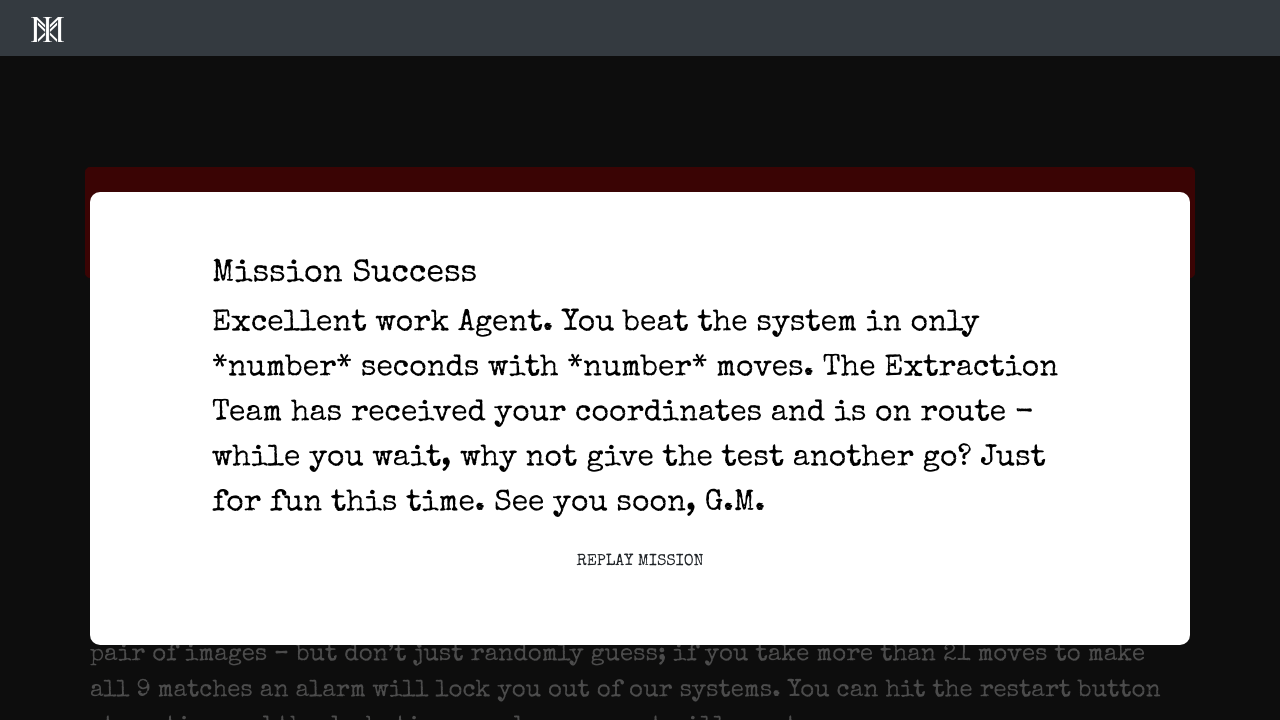
Repository: Code-Institute-Submissions/Milestone-25
Page: index.html
The author's editor kept a record of every edit. The page is drawn from the files as they stood at one moment, then again after the next edit.
The browser window is 1280 px wide. The pictures show the window.
A layer covers the whole window, so only the first screen is drawn. Some web libraries are served in a nearby version.

Above is the page before.
Console error (its wording comes from the project's code and is left out).

### index.html
<!DOCTYPE html>
<html lang="en">

<head>
  <meta charset="UTF-8">
  <meta name="viewport" content="width=device-width, initial-scale=1">
  <meta http-equiv="X-UA-Compatible" content="ie=edge">
  <link rel="stylesheet" href="https://stackpath.bootstrapcdn.com/bootstrap/4.4.1/css/bootstrap.min.css" integrity="sha384-Vkoo8x4CGsO3+Hhxv8T/Q5PaXtkKtu6ug5TOeNV6gBiFeWPGFN9MuhOf23Q9Ifjh" crossorigin="anonymous">
  <script src="https://maxcdn.bootstrapcdn.com/bootstrap/4.4.1/js/bootstrap.min.js"></script>
  <script src="https://use.fontawesome.com/releases/v5.12.0/js/all.js"></script>
  <link rel="stylesheet" href="assets/css/style.css" media="screen">
  <title>Memoryphile Home</title>
</head>

<body>
  <!--Navbar for style purposes only-->
  <nav class="navbar navbar-expand-md navbar-dark bg-dark sticky-top">
    <div class="container-fluid">
      <a class="navbar-brand"><img src="./assets/images/logo.png" class="logo" alt="Memoryphile Logo"></a>
    </div>
  </nav>

  <!--Button to jump to game-->
  <div class="container-fluid padding">
    <div class="row padding">
      <div class="container-sm">
        <a href="./game.html"><button type="button" class="btn btn-secondary btn-lg btn-block">BEGIN MISSION</button></a>
      </div>
    </div>
  </div>

  <!--Instructions paragraph-->
  <div class="container-fluid padding">
    <div class="row padding">
      <div class="col-md">
        <p class="instructions">AGENT, YOU’VE BEEN COMPROMISED.</p>
        <p class="instructions">Remain calm. We've deployed an extraction team to your last known co-ordinates - not ideal, given that you've been on the run the past couple of days – so we’re going to need to work together if you’re going to get out of this alive.</p>
        <p class="instructions"> For the extraction team to find you, we're going to need you correctly match the deck of paired cards that have been left in the safe house. You’ve got 60 seconds to match each pair of images – but don’t just randomly guess; if you take more than
          21 moves to make all 9 matches an alarm will lock you out of our systems. You can hit the restart button at anytime and the deck, timer, and move count will reset.</p>
        <p class="instructions"> Make the matches, and your updated coordinates will be sent across… fail any of these requirements and you’re on your own.</p>
        <p class="instructions"> Good luck Agent,</p>
        <p class="instructions"> G.M.</p>
      </div>
    </div>
  </div>

  <!-- testing game popup -->
  <!-- mission success overlay -->
  <div id="success" class="overlay">
    <div class="box">
      <h2 class="title">Mission Success</h2>
      <p class="instructions">Excellent work Agent. You beat the system in only *number* seconds with *number* moves. The Extraction Team has received your coordinates and is on route - while you wait, why not give the test another go? Just for fun this time. See you soon, G.M.</p>
      <a href="#"><button type="button" class="btn btn-replay btn-block">REPLAY MISSION</button></a>
    </div>
  </div>

  <!-- mission failure overlay -->
  <!--<div id="failure" class="overlay">-->
  <!--  <h2 class="title">Mission Failure</h2>-->
  <!--  <p class="instructions">Agent. AGENT. This is not good. I've managed to get a softlock on your loaction, but can't confirm extraction until I've received your coordinates. Try again.</p>-->
  <!--   <p class="instructions">And Agent? No mistakes this time.</p>-->
  <!--   <div>restart button</div>-->
  <!--</div>-->


</body>


</html>

### assets/css/style.css
@import url('https://fonts.googleapis.com/css?family=Homemade+Apple|Special+Elite&display=swap');

/* ==============  MEDIA QUERIES   ==============*/

/*--------Bootstrap Breakpoints---------*/

/* xs devices (<576px) = default in Bootstrap (hence no media query)

sm devices (>576px) = @media max-width: 576px

md devices (>768px) = @media max-width: 768px

lg devices (>992px) = @media max-width: 992px

xl devices (>1200px) = @media max-width: 1200px
*/

/*--------Media Queries--------*/

/* max-width, not min-width, for mobile-first styling */

@media (max-width: 992px) {}

@media (max-width: 768px) {}

@media (max-width: 576px) {}


/* ==============STYLING==============*/

/*--------HTML, BODY Styling-----*/

html,
body {
    height: 100%;
    width: 100%;
    font-family: 'Special Elite', sans-serif;
    color: #fff;
    background-color: #2c2c2d;
    box-sizing: border-box;
}

/*------------BUTTON STYLING--------*/

.btn-secondary {
    background-color: #c30e0e;
    border-color: #c30e0e;
    margin-top: 10%;
    margin-bottom: 10%;
    font-size: 350%;
    padding-top: 1.5%;

}


/*------------Instructions STYLING--------*/

.instructions {
    font-size: 150%;
    display: inline-block;
    margin-left: 6%;
    margin-right: 6%;
}


/*--------------GAME.html styling---------*/

*,
*::before,
*::after {
    box-sizing: inherit;
}


.gameContainer {
    /* Flexbox */
    flex-direction: column;
    display: flex;
    justify-content: center;
    align-items: center;
}

.logo {
    height: 25px;
}

.nav-link {
    padding-top: 5px;
    color: #fff;
    font-size: 25px;
}

a:hover {
    color: #424242;
    text-decoration: none;
}


/*------------REQUIRMENTS Styling--------*/

.requirements {
    text-align: left;
    margin-top: 35px;
    margin-bottom: 25px;
    width: 950px;
    font-size: 200%;

}

.requirements .timer {
    float: left;
}

.requirements .restart {
    float: right;
}

.requirements .moves {
    float: inherit;
}

.requirements-timer {
    text-align: center;
    margin-top: 35px;
    font-size: 300%;
}


/*------------GAMEDECK Styling ---------*/

.gamedeck {
    min-height: 600px;
    width: 1350px;
    background: #888888;
    border-radius: 15px;
    padding: 30px;
    /* Flexbox */
    display: flex;
    flex-wrap: wrap;
    justify-content: center;
    align-items: center;
}

.gamedeck .card {
    height: 175px;
    width: 175px;
    background: #424242;
    border-radius: 8px;
    box-shadow: 5px 2px 20px 0 rgba(46, 61, 73, 0.5);
    margin: 1%;
    /* shrink font so that when a card is 'flipped', font enlarges */
    font-size: 0;
    color: #ffffff;
    display: flex;
    justify-content: center;
    align-items: center;
    /* add cursor to indicate interactivity to user */
    cursor: pointer;
}

/* for click reveal */

.gamedeck .card.open {
    transform: rotateY(0) !important;
    font-size: 75px;
    background: #421a1a;
    /* fix for webpages */
    -webkit-backface-visibility: visible !important;
    backface-visibility: visible !important;
    /* return cursor to default to inform user card is no longer clickable */
    cursor: default;
}

.gamedeck .card.show {
    font-size: 75px;
    display: inherit!important;
}

.gamedeck .card.close {
    pointer-events: none;
    opacity: 0.9;
}

.gamedeck .card.matched {
    cursor: default;
    background: #523632;
    font-size: 75px;
}

/*--------------------Overlay Styling -------------*/

.title {
    display: inline-block;
    margin-left: 6%;
    margin-right: 6%;
}

.overlay {
    background: rgba(0, 0, 0, 0.7);
    position: fixed;
    top: 0;
    bottom: 0;
    left: 0;
    right: 0;
}

.box {
    font-size:125%;
    color: #000000;
    margin: 7%;
    padding: 5%;
    background: #ffffff;
    border-radius: 10px;
    position: relative;
    margin-top: 15%;
}

After the next edit:
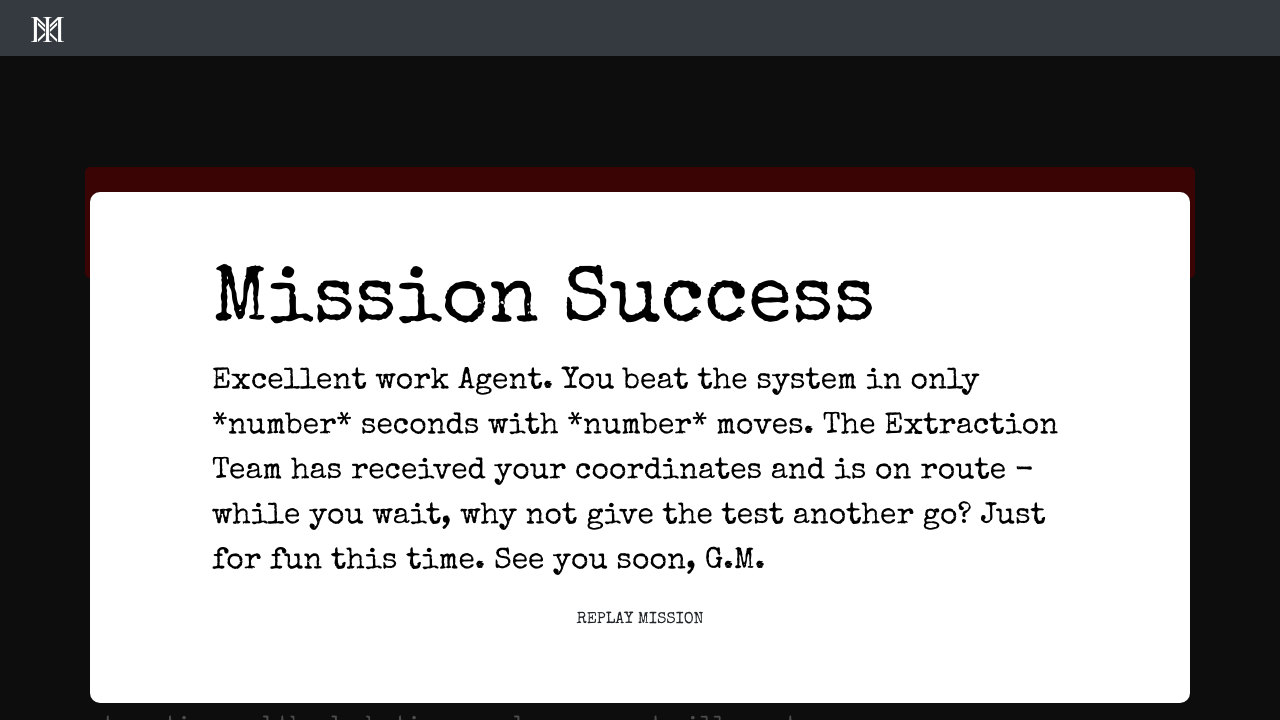
The edit:
--- a/assets/css/style.css
+++ b/assets/css/style.css
@@ -193,6 +193,7 @@
     display: inline-block;
     margin-left: 6%;
     margin-right: 6%;
+    font-size: 400%;
 }
 
 .overlay {
